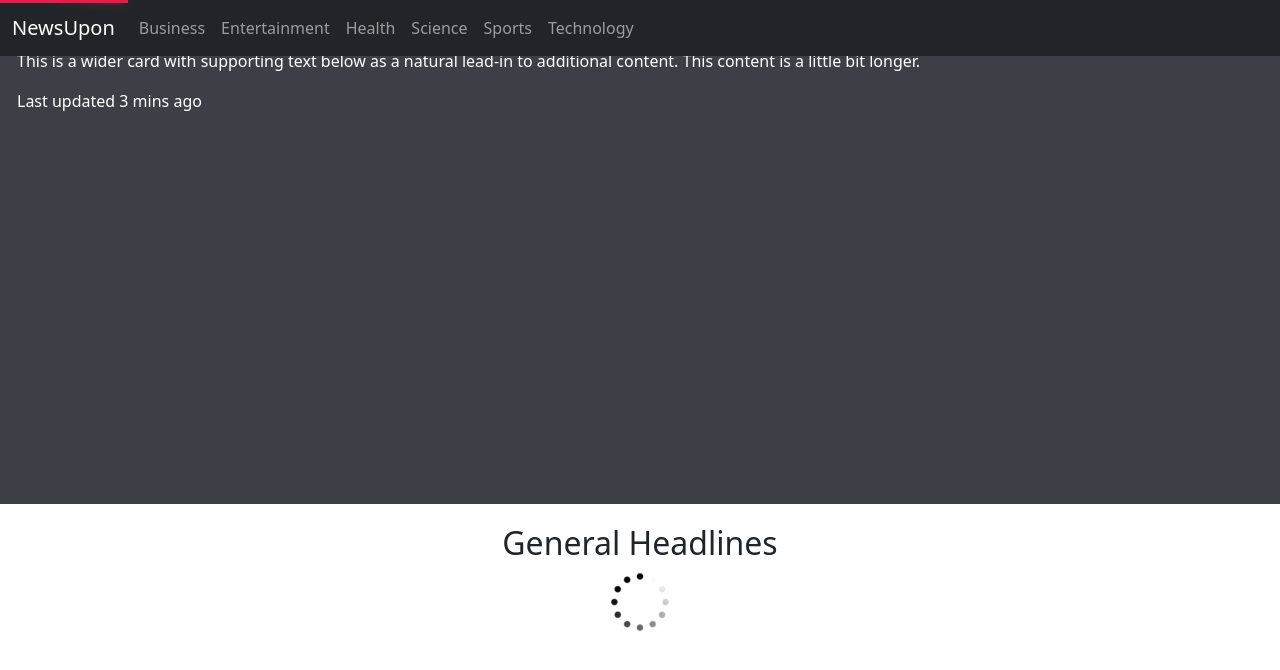
Repository: Akash33253/NewsUpon
Page: /
An editor plug-in stored every save of this project. The page is shown before and after a run of saves, followed by the edit.
The browser window is 1280 px wide. The pictures show the whole page.
The page's requests for data from a server got no answer. The project was rebuilt for these pictures with package versions that can differ from the ones it lists, and the page was loaded fresh each time. No one was signed in, and anything a server would have sent is missing. Also part of the build but not shown: src/index.css, src/components/NewsItem.js.

Above is the page before, as saved 2022-11-12 23:07:08.

### public/index.html
<!DOCTYPE html>
<html lang="en">
  <head>
    <meta charset="utf-8" />
    <link rel="icon" href="%PUBLIC_URL%/favicon.ico" />
    <meta name="viewport" content="width=device-width, initial-scale=1" />
    <meta name="theme-color" content="#000000" />
    <meta
      name="description"
      content="NewsUpon is a free platform for daily doze of news. You can every type of news here for free."
    />
    <link rel="apple-touch-icon" href="%PUBLIC_URL%/logo192.png" />
    <link rel="manifest" href="%PUBLIC_URL%/manifest.json" />
    <link href="https://cdn.jsdelivr.net/npm/bootstrap@5.2.2/dist/css/bootstrap.min.css" rel="stylesheet" integrity="sha384-Zenh87qX5JnK2Jl0vWa8Ck2rdkQ2Bzep5IDxbcnCeuOxjzrPF/et3URy9Bv1WTRi" crossorigin="anonymous">
    <title>NewsUpon - FreeNews</title>
  </head>
  <body>
    <noscript>You need to enable JavaScript to run this app.</noscript>
    <div id="root"></div>
    <script src="https://cdn.jsdelivr.net/npm/bootstrap@5.2.2/dist/js/bootstrap.bundle.min.js" integrity="sha384-OERcA2EqjJCMA+/3y+gxIOqMEjwtxJY7qPCqsdltbNJuaOe923+mo//f6V8Qbsw3" crossorigin="anonymous"></script>
  </body>
</html>

### src/App.js
import './App.css';
import React,{useState} from 'react'
import Navbar from './components/Navbar';
import News from './components/News';
import LoadingBar from 'react-top-loading-bar'
import {
  BrowserRouter as Router,
  Routes,
  Route
} from "react-router-dom";

export default function App() {
  const country="in"
  const pageSize= 9
  const apiKey = process.env.REACT_APP_NEWS_API
  const [progress,setpro]=useState(0);
  const setProgress=(p)=>{
     setpro(p);
  }
  return (
    <div>
        <Router>
        <Navbar/>
        <LoadingBar
        color='#f11946'
        progress={progress}
        transitionTime={2000}
        shadow={true}
        height={3}
         />
         <Routes>
          <Route  exact path="/" element={<News setProgress={setProgress} apiKey={apiKey} key="1"pageSize={pageSize} country={country} category="general"/>}></Route>
          <Route  exact path="/business" element={<News setProgress={setProgress} apiKey={apiKey} key="2"pageSize={pageSize} country={country} category="business"/>}></Route>
          <Route  exact path="/entertainment" element={<News setProgress={setProgress} apiKey={apiKey} key="3"pageSize={pageSize} country={country} category="entertainment"/>}></Route>
          <Route  exact path="/health" element={<News setProgress={setProgress} apiKey={apiKey} key="4"pageSize={pageSize} country={country} category="health"/>}></Route>
          <Route  exact path="/science" element={<News setProgress={setProgress} apiKey={apiKey} key="5"pageSize={pageSize} country={country} category="science"/>}></Route>
          <Route  exact path="/sports" element={<News setProgress={setProgress} apiKey={apiKey} key="6"pageSize={pageSize} country={country} category="sports"/>}></Route>
          <Route  exact path="/technology" element={<News setProgress={setProgress} apiKey={apiKey} key="7"pageSize={pageSize} country={country} category="technology"/>}></Route>
        </Routes>
        </Router>
      </div>
  )
}

### src/App.css
.App {
  text-align: center;
}

.App-logo {
  height: 40vmin;
  pointer-events: none;
}

@media (prefers-reduced-motion: no-preference) {
  .App-logo {
    animation: App-logo-spin infinite 20s linear;
  }
}

.App-header {
  background-color: #282c34;
  min-height: 100vh;
  display: flex;
  flex-direction: column;
  align-items: center;
  justify-content: center;
  font-size: calc(10px + 2vmin);
  color: white;
}

.App-link {
  color: #61dafb;
}

@keyframes App-logo-spin {
  from {
    transform: rotate(0deg);
  }
  to {
    transform: rotate(360deg);
  }
}

#banner{
  width: 100%;
  height: 70vh;
  background-color: #3c3f45;
}

### src/components/Navbar.js
import { Link } from 'react-router-dom'
import React from 'react'

export default function Navbar() {
    return (
        <div>
            <nav className="navbar fixed-top navbar-expand-lg bg-dark navbar-dark">
                <div className="container-fluid">
                    <Link className="navbar-brand" to="/">NewsUpon</Link>
                    <button className="navbar-toggler" type="button" data-bs-toggle="collapse" data-bs-target="#navbarSupportedContent" aria-controls="navbarSupportedContent" aria-expanded="false" aria-label="Toggle navigation">
                        <span className="navbar-toggler-icon"></span>
                    </button>
                    <div className="collapse navbar-collapse" id="navbarSupportedContent">
                        <ul className="navbar-nav me-auto mb-2 mb-lg-0">
                            <li className="nav-item">
                                <Link Link className="nav-link" aria-current="page" to="/business">Business</Link>
                            </li>
                            <li className="nav-item">
                                <Link Link className="nav-link" aria-current="page" to="/entertainment">Entertainment</Link>
                            </li>
                            <li className="nav-item">
                                <Link Link className="nav-link" aria-current="page" to="/health">Health</Link>
                            </li>
                            <li className="nav-item">
                                <Link Link className="nav-link" aria-current="page" to="/science">Science</Link>
                            </li>
                            <li className="nav-item">
                                <Link Link className="nav-link" aria-current="page" to="/sports">Sports</Link>
                            </li>
                            <li className="nav-item">
                                <Link Link className="nav-link" aria-current="page" to="/technology">Technology</Link>
                            </li>
                        </ul>
                    </div>

                </div>
            </nav>
        </div>
    )
}

### src/components/News.js
import React,{useEffect,useState} from 'react'
import NewsItem from "./NewsItem";
import Spinner from "./Spinner";
import Banner from "./Banner"
import InfiniteScroll from "react-infinite-scroll-component";

export default function News(props) {
  const [article,setArticle]=useState([]);
  const [loading,setloading]=useState(true);
  const [page,setpage]=useState(1);
  const [totalResults,settotalResults]=useState(0);
  const capitalizeFirstLetter = (string)=> {
    return string.charAt(0).toUpperCase() + string.slice(1);
  }
  const updateNews = async()=>{
    props.setProgress(10)
    const url = `https://newsapi.org/v2/top-headlines?country=${props.country}&category=${props.category}&apiKey=${props.apiKey}&page=${page}&pageSize=${props.pageSize}`;
    setloading(true);
     let data = await fetch(url);
     props.setProgress(30)
     let parsedData = await data.json();
     props.setProgress(60)
     setArticle(parsedData.articles);
     settotalResults(parsedData.totalResults);
     setloading(false)
     props.setProgress(100)
   }
   const fetchMoreData =async () => {
    setpage(page+1)
    const url = `https://newsapi.org/v2/top-headlines?country=${props.country}&category=${props.category}&apiKey=${props.apiKey}&page=${page+1}&pageSize=${props.pageSize}`;
    let data = await fetch(url);
    let parsedData = await data.json();
    setArticle(article.concat(parsedData.articles))
    setloading(false)
  };
  useEffect(()=>{
    updateNews();
  },[])
  return (
    <>
      <Banner/>
     <div className="container my-3">
        <h2 className='text-center' style={{marginTop:"20px"}}>{capitalizeFirstLetter(props.category)} Headlines</h2>
      {loading&&<Spinner/>}
        <InfiniteScroll
          dataLength={article.length}
          next={fetchMoreData}
          hasMore={article.length!==totalResults}
          loader={<Spinner/>}
          >
        <div className="container">

        <div className="row">
          {!loading&&article.map((element) => {
            return <div className="col-md-4 my-2" key={element.url}>
                    <NewsItem
                    newsURL={element.url}
                    title={element.title?element.title.slice(0,45):""}
                    description={element.description?element.description.slice(0,88):""}
                    imgURL={element.urlToImage?element.urlToImage:"https://thumbs.dreamstime.com/b/tv-studio-live-broadcasting-recording-show-tv-news-program-studio-video-camera-lens-lights-positioned-stage-big-68406890.jpg"}
                    publishedAt={element.publishedAt?element.publishedAt:"- - - -"}
                    author={element.author?element.author:"Uknown"}
                    source={element.source.name?element.source.name:"Nil"}
                    />
                 </div>
          })}
        </div>
        </div>
          </InfiniteScroll>
      </div>
    </>
  )
}

### src/components/Spinner.js
import loading from './loading.gif'
import React from 'react'

export default function Spinner() {
  return (
    <div style={{display:"flex",justifyContent:"center"}}>
      <img src={loading} alt="loading" />
    </div>
  )
}

### src/components/Banner.js
import React from 'react'
import bannerImage from "./bannerImage.jpg"
export default function Banner() {
  return (
    <div id="banner" classNameName='container-fluid'>
      <div className="card bg-dark text-white">
        <img className="card-img" src="" alt="Card image" />
        <div className="card-img-overlay">
          <h5 className="card-title">Card title</h5>
          <p className="card-text">This is a wider card with supporting text below as a natural lead-in to additional content. This content is a little bit longer.</p>
          <p className="card-text">Last updated 3 mins ago</p>
        </div>
      </div>
    </div>
  )
}

Loaded but not shown: src/index.js (common file); src/reportWebVitals.js (common file); src/index.css (no copy from this time; the picture is the same without it)

After the next 2 saves:
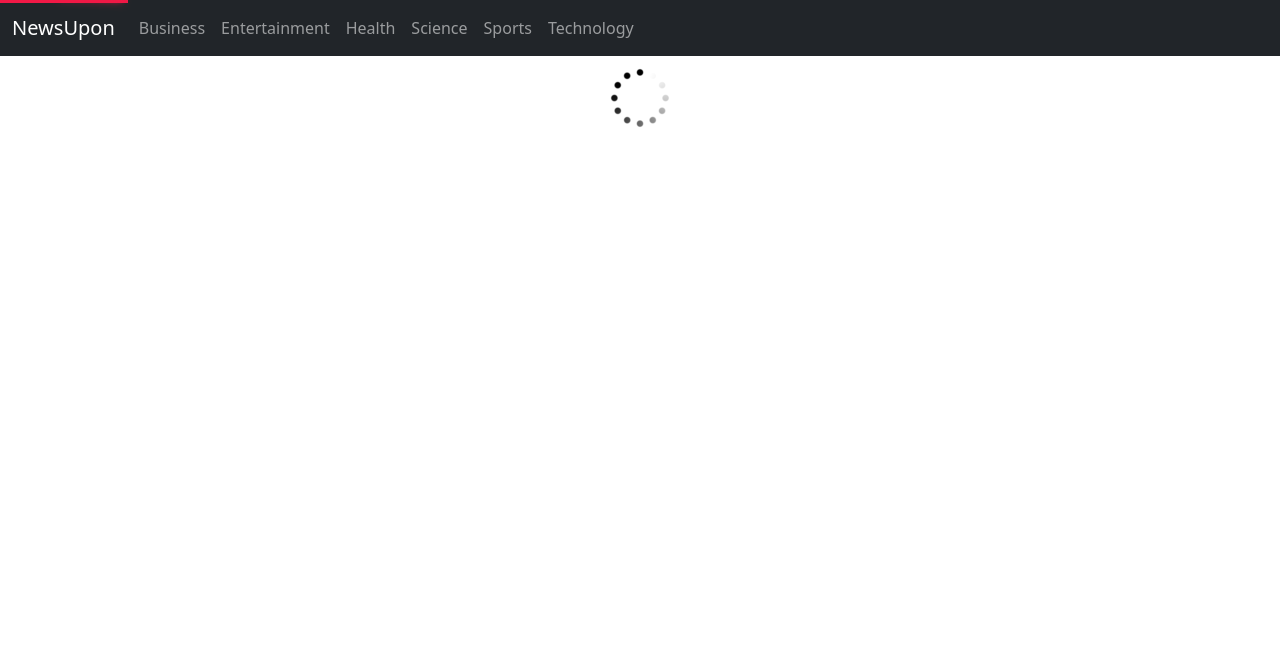
The 2 saves are shown as one change because they came seconds apart.
The last was saved 12 s later.
--- a/src/components/Banner.js
+++ b/src/components/Banner.js
@@ -2,15 +2,7 @@
 import bannerImage from "./bannerImage.jpg"
 export default function Banner() {
   return (
-    <div id="banner" classNameName='container-fluid'>
-      <div className="card bg-dark text-white">
-        <img className="card-img" src="" alt="Card image" />
-        <div className="card-img-overlay">
-          <h5 className="card-title">Card title</h5>
-          <p className="card-text">This is a wider card with supporting text below as a natural lead-in to additional content. This content is a little bit longer.</p>
-          <p className="card-text">Last updated 3 mins ago</p>
-        </div>
-      </div>
-    </div>
+    <>
+    </>
   )
 }

After the save that followed:
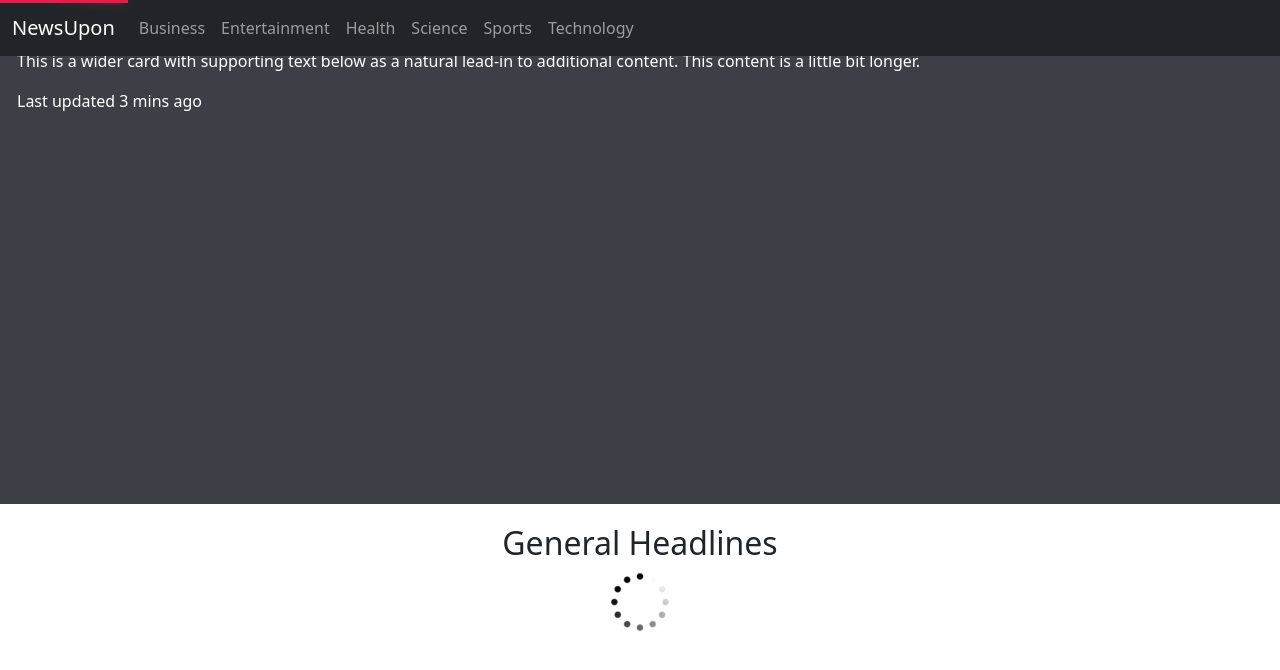
Saved 7 s later.
--- a/src/components/Banner.js
+++ b/src/components/Banner.js
@@ -2,7 +2,15 @@
 import bannerImage from "./bannerImage.jpg"
 export default function Banner() {
   return (
-    <>
-    </>
+    <div id="banner" classNameName='container-fluid'>
+      <div className="card bg-dark text-white">
+        <img className="card-img" src="" alt="Card image" />
+        <div className="card-img-overlay">
+          <h5 className="card-title">Card title</h5>
+          <p className="card-text">This is a wider card with supporting text below as a natural lead-in to additional content. This content is a little bit longer.</p>
+          <p className="card-text">Last updated 3 mins ago</p>
+        </div>
+      </div>
+    </div>
   )
 }
